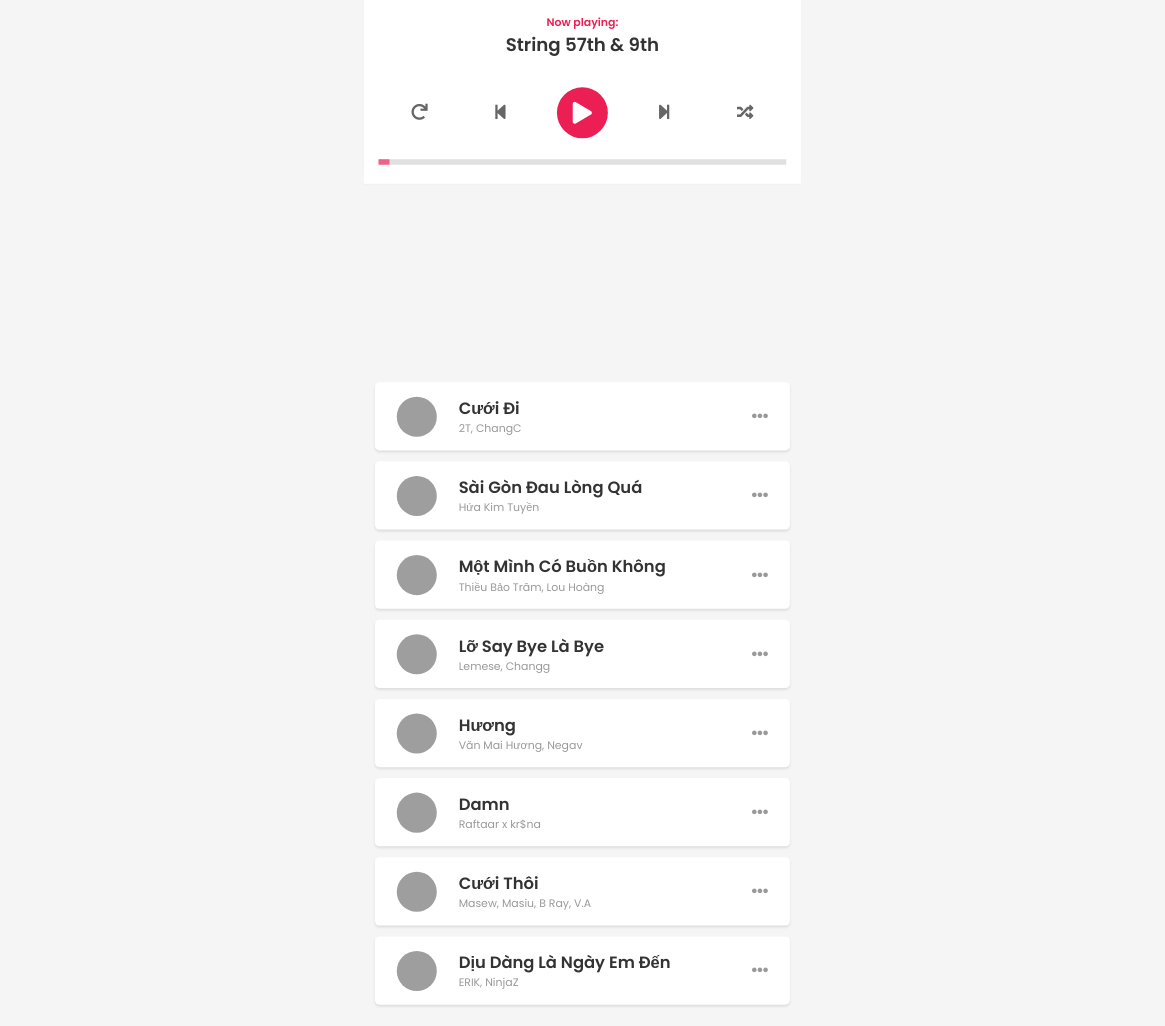
Repository: esplen74/Music
Page: music.html
An editor plug-in stored every save of this project. The page is shown before and after the next save, followed by the edit.
The browser window is 1280 px wide. The pictures show the whole page, at 91% of full size.
Pictures or frames that could not be fetched are drawn as grey boxes.

Above is the page before, as saved 2021-11-09 10:12:59.
Console error: ReferenceError: Cannot access 'newCdWidth' before initialization

After the next save:
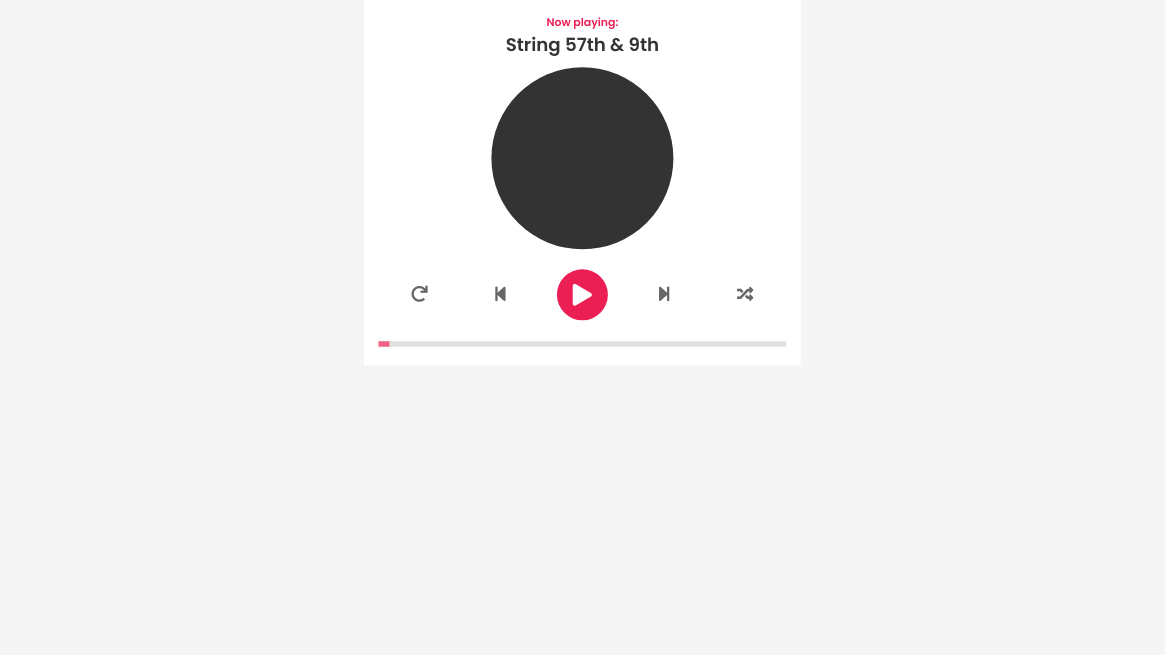
Console error: ReferenceError: newCdWidth is not defined
Saved 2 min 36 s later.
--- a/music.js
+++ b/music.js
@@ -111,8 +111,8 @@
     window.onscroll = function () {
       const scrollTop = window.scrollY || document.documentElement.scrollTop;
       const newCdWidth = cdWidth - scrollTop > 0 ? newCdWidth + "px" : 0;
-      cd.style.width = newCdWidth;
     };
+    cd.style.width = newCdWidth;
   },
   start: function () {
     this.handleEvent();

After the 4 saves that followed:
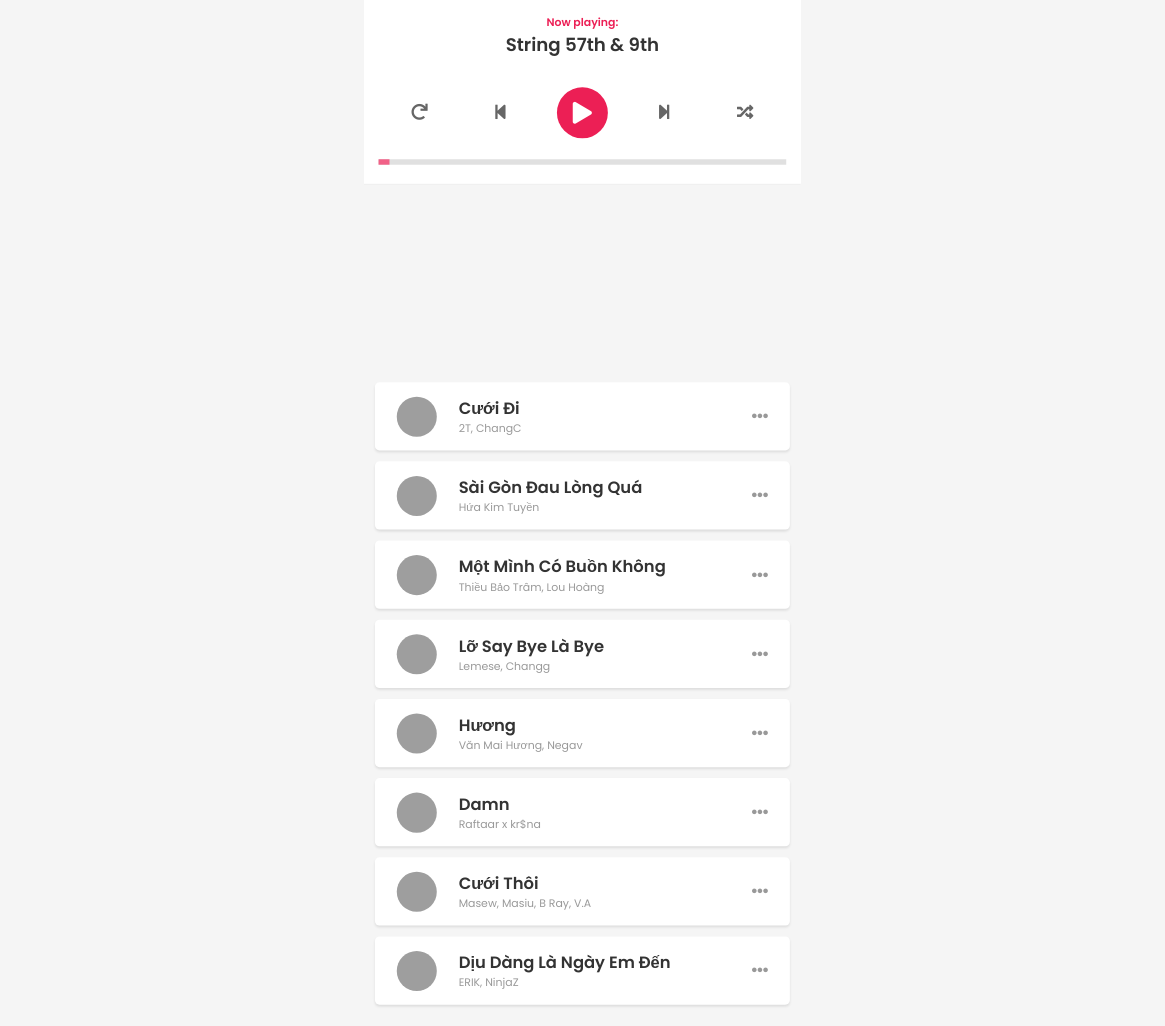
Console error: ReferenceError: Cannot access 'newCdWidth' before initialization
The 4 saves are shown as one change because 2 left the picture as it was and some came seconds apart.
The last was saved 53 s later.
--- a/music.js
+++ b/music.js
@@ -111,8 +111,8 @@
     window.onscroll = function () {
       const scrollTop = window.scrollY || document.documentElement.scrollTop;
       const newCdWidth = cdWidth - scrollTop > 0 ? newCdWidth + "px" : 0;
+      cd.style.width = newCdWidth;
     };
-    cd.style.width = newCdWidth;
   },
   start: function () {
     this.handleEvent();
